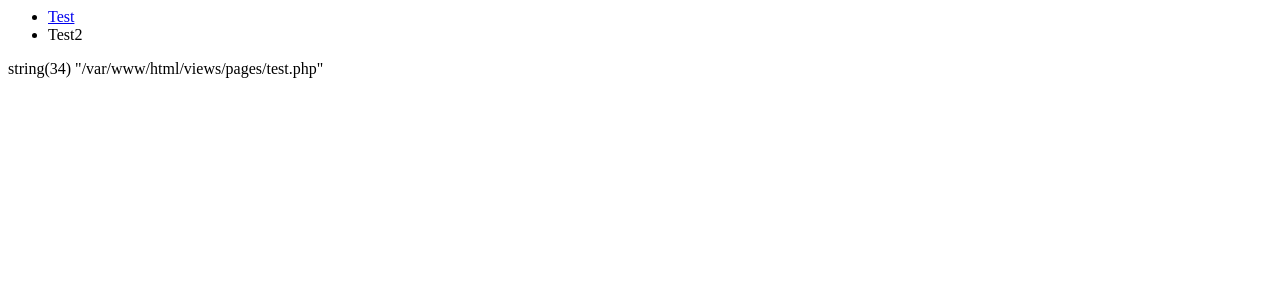
Repository: Aram5864/asdasdasdasdasdasas
Page: http://localhost/var/www/html/views/pages/test.php
The author's editor kept a copy of each file at every save. The page is drawn from the files as they stood at one save, then again after the next save.
The browser window is 1280 px wide. The pictures show the whole page.
The page is run by PHP 8.4 with error messages shown; the project is at /var/www/html/. Other server files are loaded and not shown.

Above is the page before, as saved 2022-05-05 17:13:10.

### public/index.php
<?php
include_once '../configs/PathDirectory.php';
include_once _LAYOUTS . 'header.php';
include_once _PAGES . "test.php";


?>

### configs/PathDirectory.php
<?php

define("BASE_URL", dirname(__DIR__) . DIRECTORY_SEPARATOR);
define("_CONFIGS", BASE_URL . "configs" . DIRECTORY_SEPARATOR);
define("_CONTROLLERS", BASE_URL . "controllers" . DIRECTORY_SEPARATOR);
define("_MODELS", BASE_URL . "model" . DIRECTORY_SEPARATOR);
define("_PUBLIC", BASE_URL . "public" . DIRECTORY_SEPARATOR);
define("_CSS", _PUBLIC . "css" . DIRECTORY_SEPARATOR);
define("_FONT", _PUBLIC . "font" . DIRECTORY_SEPARATOR);
define("_IMAGES", _PUBLIC . "images" . DIRECTORY_SEPARATOR);
define("_JS", _PUBLIC . "js" . DIRECTORY_SEPARATOR);
define("_VENDOR", BASE_URL . "vendor" . DIRECTORY_SEPARATOR);
define("_VIEWS", BASE_URL . "views" . DIRECTORY_SEPARATOR);
define("_LAYOUTS", _VIEWS . "layouts" . DIRECTORY_SEPARATOR);
define("_PAGES", _VIEWS . "pages" . DIRECTORY_SEPARATOR);

### views/layouts/header.php
<?php



?>


<div>
    <div class="ul">
        <ul>
            <li> <a href="../../views/pages/test.php">Test</a> </li>
            <li>Test2</li>
        </ul>
    </div>
</div>

### views/pages/test.php
<?php
include_once _VENDOR . 'app.php';

$data = new App();

$data->run();

After the next save:
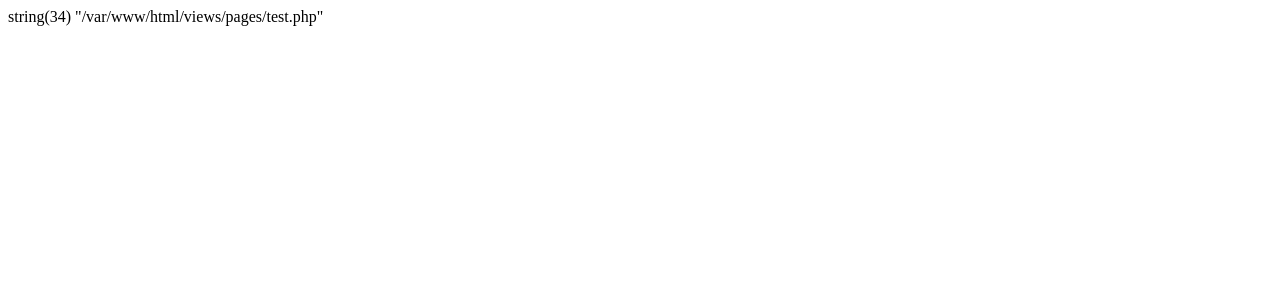
Saved 31 s later.
--- a/views/layouts/header.php
+++ b/views/layouts/header.php
@@ -8,8 +8,7 @@
 <div>
     <div class="ul">
         <ul>
-            <li> <a href="../../views/pages/test.php">Test</a> </li>
-            <li>Test2</li>
+
         </ul>
     </div>
 </div>

After the save that followed:
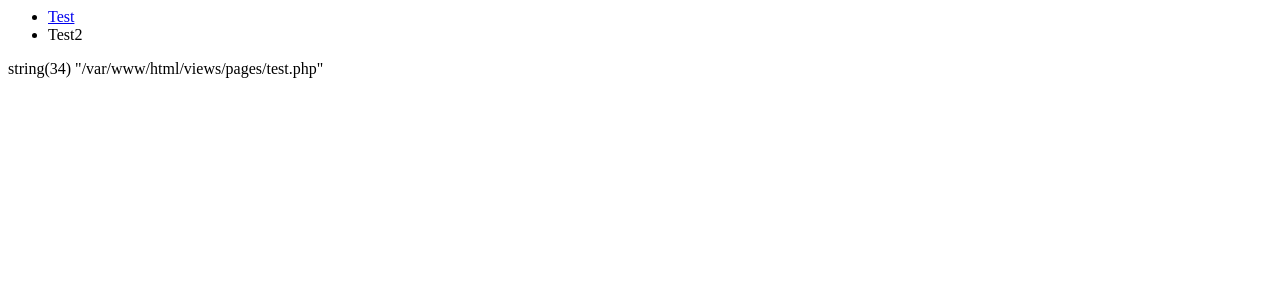
Saved 12 s later.
--- a/views/layouts/header.php
+++ b/views/layouts/header.php
@@ -8,7 +8,8 @@
 <div>
     <div class="ul">
         <ul>
-
+            <li> <a href="../../views/pages/test.php">Test</a> </li>
+            <li>Test2</li>
         </ul>
     </div>
 </div>
